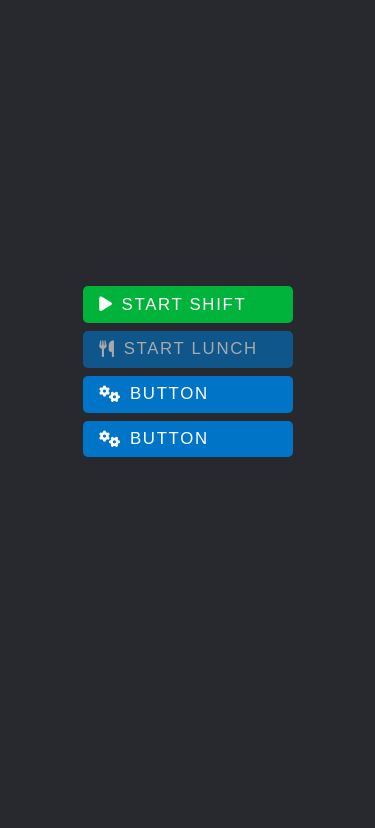
Repository: Philip-Rogers/button-state
Page: index.html
These files come from the project's save history. The page is drawn as it stood at one moment and after the next save; the edit follows.
The browser window is 375 px wide. The pictures show the whole page.

Above is the page before, as saved 2024-08-14 22:00:28.

### index.html
<!DOCTYPE html>
<html lang="en">

<head>
    <meta charset="UTF-8">
    <meta name="viewport" content="width=device-width, initial-scale=1.0">
    <title>Shift and Lunch Toggle Buttons</title>
    <link rel="stylesheet" href="index.css">
    <link rel="stylesheet" href="https://cdnjs.cloudflare.com/ajax/libs/font-awesome/6.5.1/css/all.min.css"
        integrity="sha512-DTOQO9RWCH3ppGqcWaEA1BIZOC6xxalwEsw9c2QQeAIftl+Vegovlnee1c9QX4TctnWMn13TZye+giMm8e2LwA=="
        crossorigin="anonymous" referrerpolicy="no-referrer" />
</head>

<body>

    <!-- Container to hold all buttons -->
    <div class="button-container">
        <!-- Shift Button -->
        <button id="shiftButton" class="toggle-button" onclick="toggleShift()">
            <i class="fa fa-play"></i> Start Shift
        </button>

        <!-- Lunch Button -->
        <button id="lunchButton" class="toggle-button" onclick="toggleLunch()" disabled>
            <i class="fa fa-utensils"></i> Start Lunch
        </button>

        <!-- Placeholder Button 1 -->
        <button id="placeholderButton1" class="toggle-button">
            <i class="fa fa-cogs"></i> Button
        </button>

        <!-- Placeholder Button 2 -->
        <button id="placeholderButton2" class="toggle-button">
            <i class="fa fa-cogs"></i> Button
        </button>
    </div>

    <script>
        let shiftState = 'start'; // Tracks the state of the Shift button
        let lunchState = 'start'; // Tracks the state of the Lunch button

        // Function to toggle the Shift button text and color
        function toggleShift() {
            const shiftButton = document.getElementById('shiftButton');
            const lunchButton = document.getElementById('lunchButton');

            if (shiftState === 'start') {
                shiftButton.innerHTML = '<i class="fa fa-stop"></i> Stop Shift';
                shiftButton.style.backgroundColor = 'hsl(354, 70%, 54%)'; // Red for Stop Shift
                shiftState = 'stop';
                lunchButton.disabled = false; // Enable the Lunch button when Shift is started
                lunchButton.style.backgroundColor = 'hsl(140, 100%, 35%)'; // Change background color to green
            } else {
                // Revert all buttons to their default state
                shiftButton.innerHTML = '<i class="fa fa-play"></i> Start Shift';
                shiftButton.style.backgroundColor = 'hsl(140, 100%, 35%)'; // Green for Start Shift
                shiftState = 'start';
                lunchButton.disabled = true; // Disable the Lunch button when Shift is stopped
                lunchButton.innerHTML = '<i class="fa fa-utensils"></i> Start Lunch'; // Reset Lunch button text
                lunchButton.style.backgroundColor = 'hsl(205, 100%, 39%)'; // Reset Lunch button color
                lunchState = 'start'; // Reset Lunch button state
            }
        }

        // Function to toggle the Lunch button text and color
        function toggleLunch() {
            const shiftButton = document.getElementById('shiftButton');
            const lunchButton = document.getElementById('lunchButton');

            if (lunchState === 'start') {
                lunchButton.innerHTML = '<i class="fa fa-stop"></i> Stop Lunch';
                lunchButton.style.backgroundColor = 'hsl(354, 70%, 54%)'; // Red for Stop Lunch

                if (shiftState === 'stop') {
                    shiftButton.style.backgroundColor =
                        'hsl(354, 70%, 44%)'; // Darkened red for Stop Shift when disabled
                    shiftButton.disabled = true; // Disable the Stop Shift button
                }

                lunchState = 'stop';
            } else {
                lunchButton.innerHTML = '<i class="fa fa-utensils"></i> Start Lunch';
                lunchButton.style.backgroundColor = 'hsl(205, 100%, 39%)'; // Blue background for Stop Lunch
                lunchButton.disabled = true; // Disable the Stop Lunch button

                if (shiftState === 'stop') {
                    shiftButton.style.backgroundColor = 'hsl(354, 70%, 54%)'; // Restore the red color for Stop Shift
                    shiftButton.disabled = false; // Re-enable the Stop Shift button
                }

                lunchState = 'start';
            }
        }
    </script>

</body>

</html>

### index.css
@font-face {
    font-family: "Waltograph";
    src: url(../fonts/waltograph42.otf) format("opentype");
}

@font-face {
    font-family: "Charlemagne";
    src: url(../fonts/CharlemagneStd-Bold.otf) format("opentype");
}

@font-face {
    font-family: "Brandon Grotesque";
    src: url(../fonts/brandon-grotesque-light-58a8a4b38001d.otf) format("opentype");
}

body {
    font-family: "Brandon Grotesque";
    background-color: hsl(225, 9%, 17%);
    margin: 0;
    display: flex;
    justify-content: center;
    align-items: center;
    height: 100vh;
    overflow: hidden;
    /* Prevent scrolling */
}

button {
    font-size: 1.25em;
    display: block;
    border-radius: 5px;
    background-color: hsl(140, 100%, 35%);
    color: hsl(354, 70%, 100%);
    padding: 1em 1.25em;
    width: 300px;
    cursor: pointer;
    border: none;
    text-transform: uppercase;
    letter-spacing: 0.1em;
    transition: all .2s ease-in-out;
}

#shiftButton i {
    margin-right: 8px;
}

#shiftButton.stopShift {
    background-color: hsl(354, 70%, 54%);
}

.button-container {
    display: flex;
    flex-direction: column;
    align-items: center;
    justify-content: center;
    gap: 10px;
    /* Ensure the container takes up full viewport height */
    height: 100%;
}

.toggle-button {
    color: hsl(354, 70%, 100%);
    background-color: hsl(140, 100%, 35%);
    border: none;
    padding: 10px 20px;
    font-size: 16px;
    cursor: pointer;
    display: flex;
    align-items: center;
    width: 200px;
}

#lunchButton,
#placeholderButton1,
#placeholderButton2 {
    background-color: hsl(205, 100%, 39%);
}

.toggle-button i {
    margin-right: 8px;
}

.toggle-button:disabled {
    cursor: not-allowed;
    opacity: 0.6;
}

/* Media Queries for Responsive Design */
@media (max-width: 768px) {
    button {
        font-size: 1.75em;
        /* 40% larger */
        width: 420px;
        /* 40% larger */
        padding: 1.4em 1.75em;
        /* 40% larger */
    }

    .toggle-button {
        font-size: 22.4px;
        /* 40% larger */
        width: 280px;
        /* 40% larger */
        padding: 14px 28px;
        /* 40% larger */
    }

    .button-container {
        align-items: center;
        padding-bottom: 15%;
        /* Add 15% bottom padding */
    }
}

@media (max-width: 480px) {
    button {
        font-size: 1.75em;
        /* 40% larger */
        width: 280px;
        /* 40% larger */
        padding: 0.7em 1.05em;
        /* 40% larger */
    }

    .toggle-button {
        font-size: 16.8px;
        /* 40% larger */
        width: 210px;
        /* 40% larger */
        padding: 8.4px 16.8px;
        /* 40% larger */
    }

    .button-container {
        gap: 8px;
        align-items: center;
        padding-bottom: 15%;
        /* Add 15% bottom padding */
    }
}

After the next save:
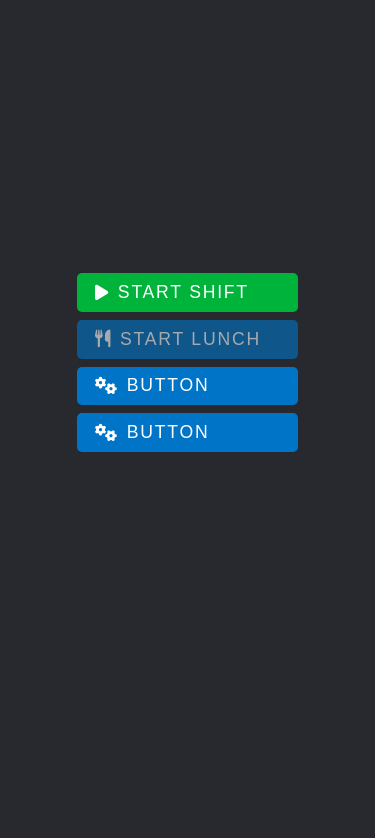
Saved 4 min 22 s later.
--- a/index.css
+++ b/index.css
@@ -112,29 +112,56 @@ button {
     }
 }
 
-@media (max-width: 480px) {
+/* Media Queries for Responsive Design */
+@media (max-width: 768px) {
     button {
-        font-size: 1.75em;
-        /* 40% larger */
-        width: 280px;
-        /* 40% larger */
-        padding: 0.7em 1.05em;
-        /* 40% larger */
+        font-size: 1.8375em;
+        /* 45% larger (40% + 5%) */
+        width: 441px;
+        /* 45% larger */
+        padding: 1.47em 1.8375em;
+        /* 45% larger */
     }
 
     .toggle-button {
-        font-size: 16.8px;
-        /* 40% larger */
-        width: 210px;
-        /* 40% larger */
-        padding: 8.4px 16.8px;
-        /* 40% larger */
+        font-size: 23.52px;
+        /* 45% larger */
+        width: 294px;
+        /* 45% larger */
+        padding: 14.7px 29.4px;
+        /* 45% larger */
+    }
+
+    .button-container {
+        align-items: center;
+        padding-bottom: 20%;
+        /* Increased to 20% bottom padding */
+    }
+}
+
+@media (max-width: 480px) {
+    button {
+        font-size: 1.8375em;
+        /* 45% larger (40% + 5%) */
+        width: 294px;
+        /* 45% larger */
+        padding: 0.735em 1.1025em;
+        /* 45% larger */
+    }
+
+    .toggle-button {
+        font-size: 17.64px;
+        /* 45% larger */
+        width: 220.5px;
+        /* 45% larger */
+        padding: 8.82px 17.64px;
+        /* 45% larger */
     }
 
     .button-container {
         gap: 8px;
         align-items: center;
-        padding-bottom: 15%;
-        /* Add 15% bottom padding */
+        padding-bottom: 20%;
+        /* Increased to 20% bottom padding */
     }
 }
